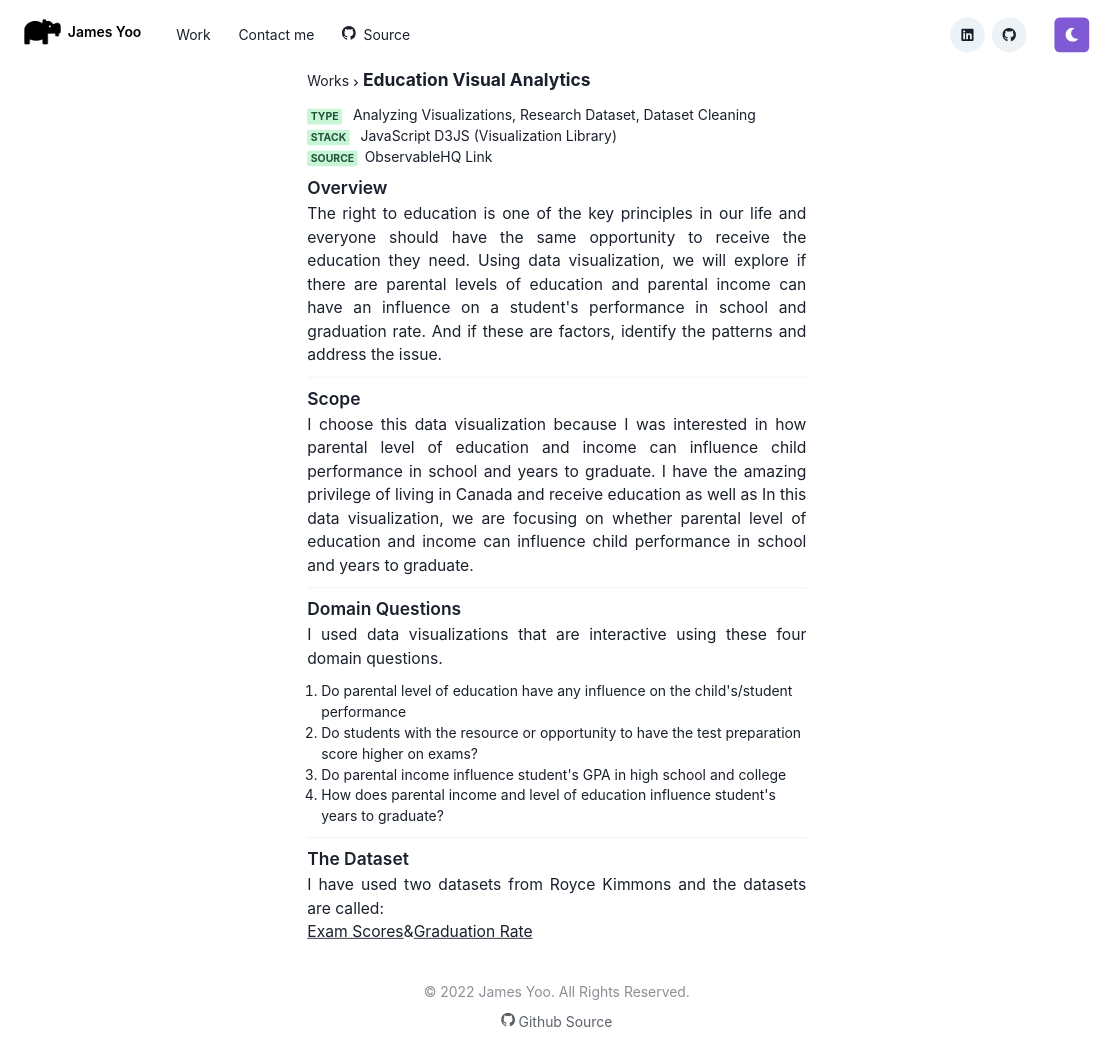
Repository: jammy729/portfolio-2022
Page: /work/educationvisualanalytics
The author's editor kept a copy of each file at every save. The page is drawn from the files as they stood at one save, then again after a run of saves.
The browser window is 1280 px wide. The pictures show the whole page, at 87% of full size.
The project was rebuilt for these pictures with package versions that can differ from the ones it lists, and the page was loaded fresh each time. Also part of the build but not shown: src/components/home.js, src/components/contact.js, src/components/layouts/layout.js, src/components/work/work.js, src/components/work/Development/WorldInstitutionDatabase/worldinstitutiondatabase.js, src/components/work/Development/GeoMemories/geomemories.js, src/components/work/Design/ExperienceDesign/experiencedesign.js, src/components/work/Development/PersonalPortfolio/personalportfolio.js. Imported but missing from the stored project, and not drawn on this page: src/components/work/Design/FinestCup/finestcup, src/components/work/Development/WorldInstitutionDatabase/universityDatabase.mp4.

Above is the page before, as saved 2022-06-28 16:26:05.

After the next 2 saves:
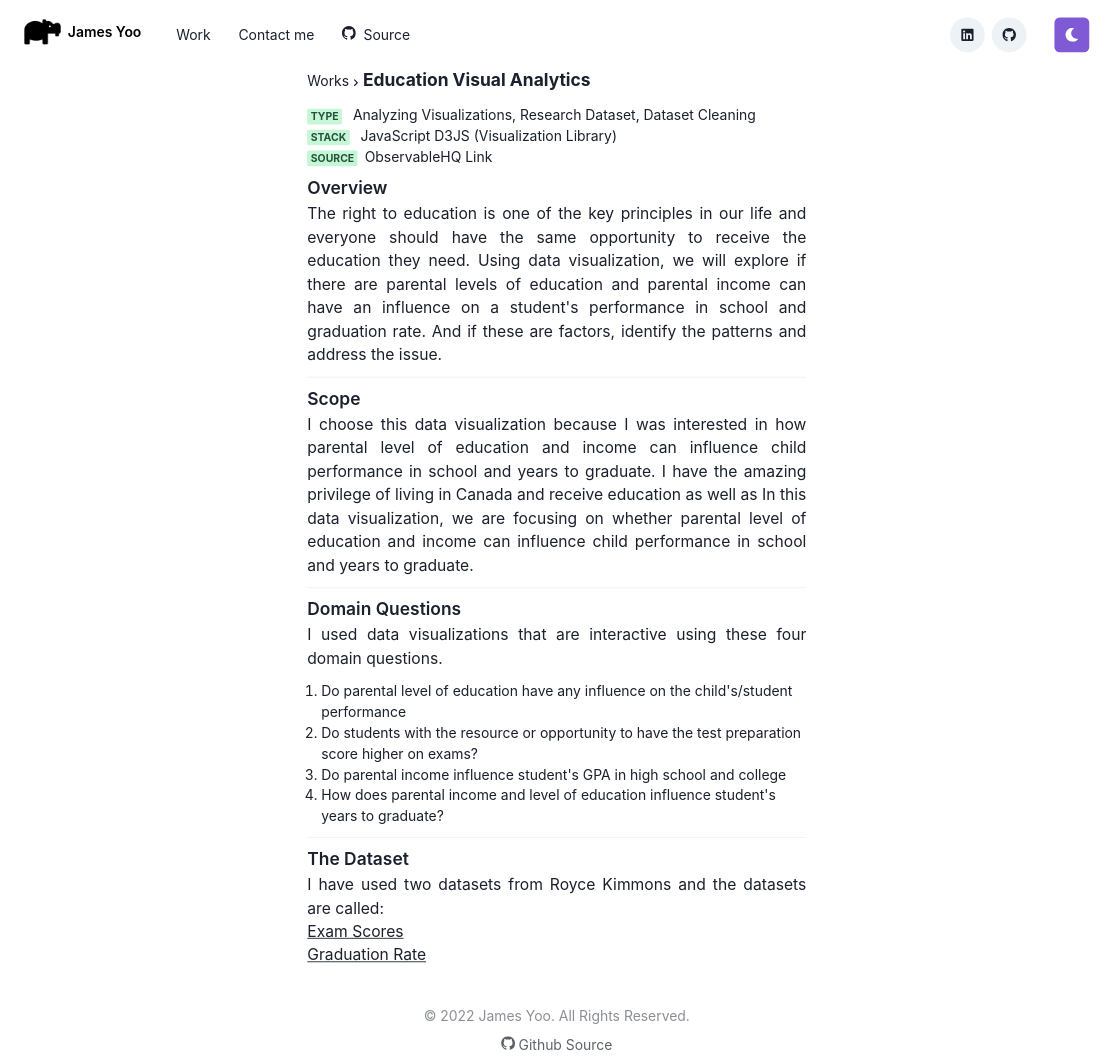
The 2 saves are shown as one change because they came seconds apart.
The last was saved 15 min 21 s later.
--- a/src/components/work/Development/EducationVisualAnalytics/educationvisualanalytics.js
+++ b/src/components/work/Development/EducationVisualAnalytics/educationvisualanalytics.js
@@ -100,7 +100,7 @@ const EducationVisualAnalytics = () => {
           >
             <u>Exam Scores</u>
           </a>
-          &
+          <br />
           <a
             href='http://roycekimmons.com/tools/generated_data/graduation_rate'
             target='blank'
